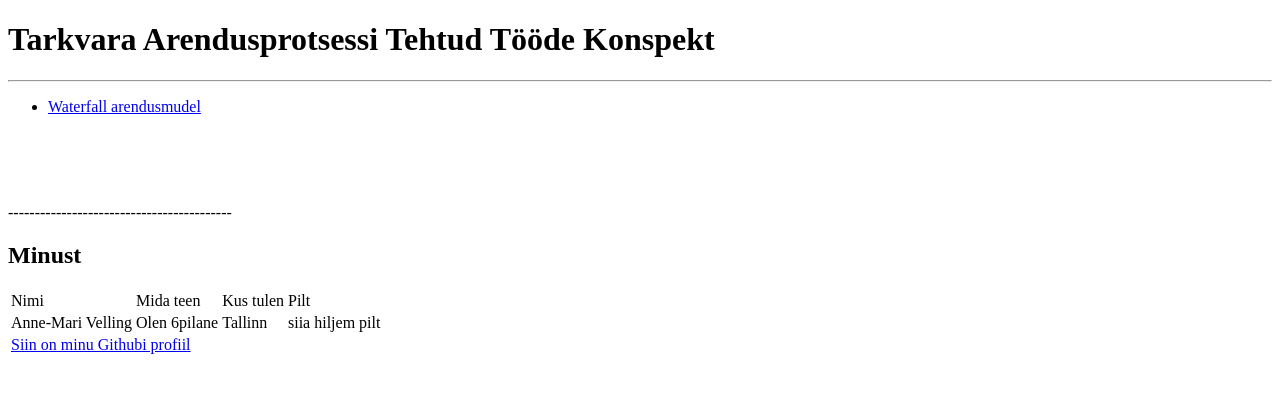
Repository: annemariv/Targe24
Page: index.html
The author's editor kept a copy of each file at every save. The page is drawn from the files as they stood at one save, then again after the next save.
The browser window is 1280 px wide. The pictures show the whole page.

Above is the page before, as saved 2024-11-06 18:31:04.

### index.html
<!DOCTYPE html>
<html lang="en">
<head>
    <meta charset="UTF-8">
    <meta name="viewport" content="width=device-width, initial-scale=1.0">
    <title>Minu Tarkvara Arendusprotsessi Ainemapp</title>
</head>
<body>
    <h1>Tarkvara Arendusprotsessi Tehtud Tööde Konspekt</h1>
    <hr/>
    <ul>
        <li>
            <a href="elutsykkel/waterfall.html">Waterfall arendusmudel</a>
        </li>
    </ul>
    <br/>
    <br/>
    <br/>
    <br/>
    ------------------------------------------
    <h2>Minust</h2>
    <table>
        <tr>
            <td>Nimi</td>
            <td>Mida teen</td>
            <td>Kus tulen</td>
            <td>Pilt</td>
        </tr>
        <tr>
            <td>Anne-Mari Velling</td>
            <td>Olen 6pilane</td>
            <td>Tallinn</td>
            <td>siia hiljem pilt</td>
        </tr>
        <tr>
            <td colspan="4">
                <a href="https://github.com/annemariv">Siin on minu Githubi profiil</a>
            </td>
        </tr>
    </table>
</body>
</html>

After the next save:
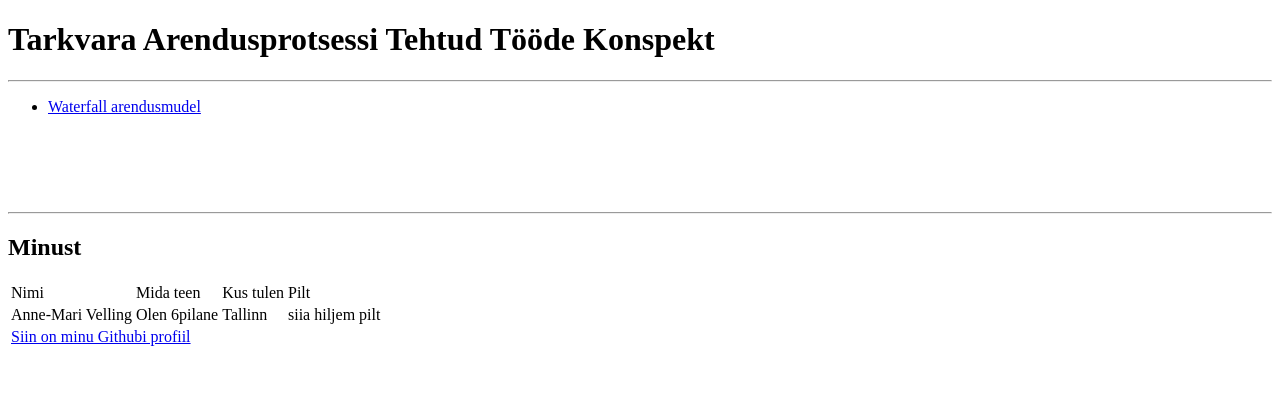
Saved 17 s later.
--- a/index.html
+++ b/index.html
@@ -17,7 +17,7 @@
     <br/>
     <br/>
     <br/>
-    ------------------------------------------
+    <hr/>
     <h2>Minust</h2>
     <table>
         <tr>
